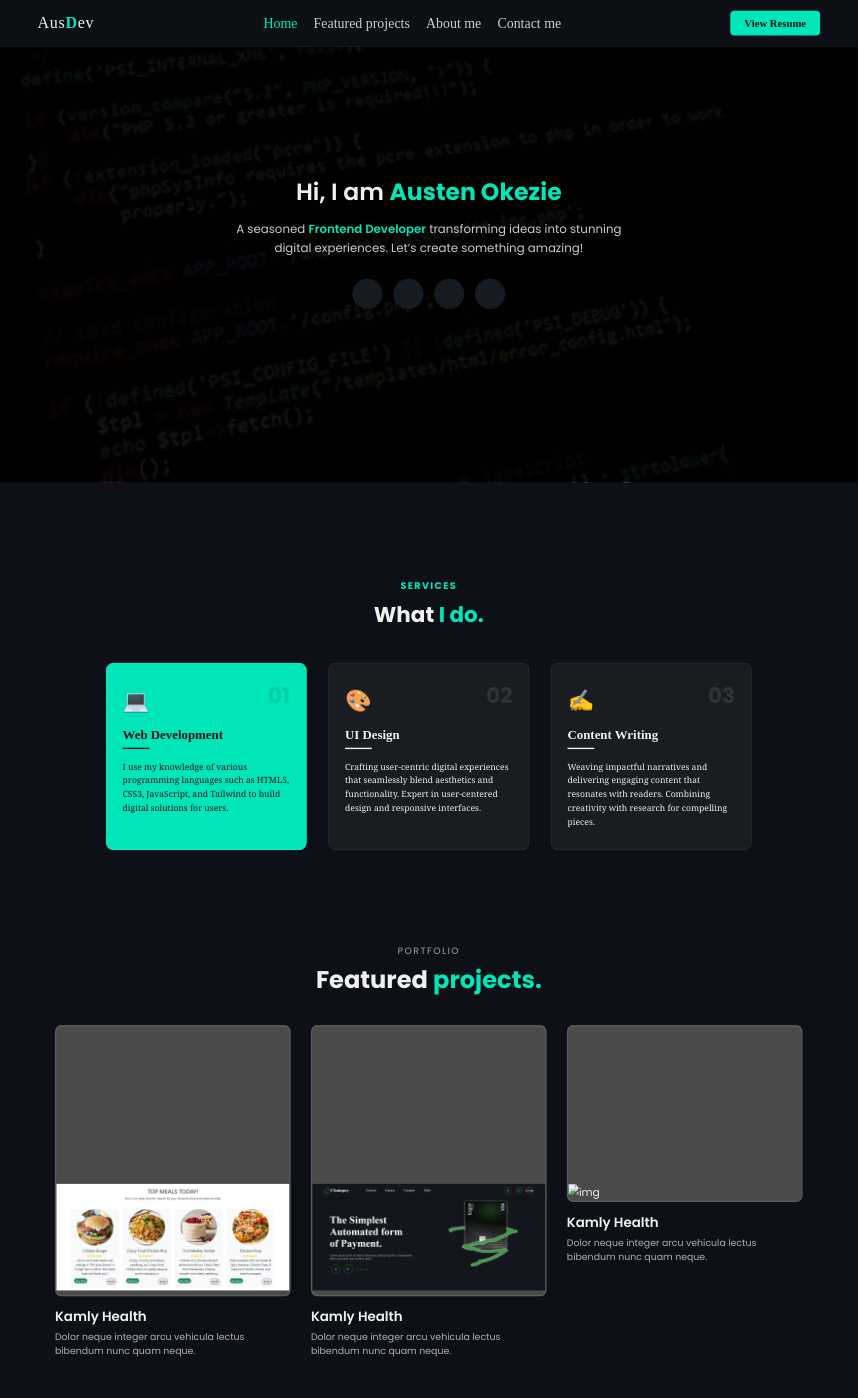
Repository: Austinokezie/Myportfolio
Page: index.html
These files come from the project's save history. The page is drawn as it stood at one moment and after the next save; the edit follows.
The browser window is 1280 px wide. The pictures show the whole page, at 67% of full size.
Some web fonts or font styles are not loaded; a fallback is used.

Above is the page before, as saved 2025-10-14 14:51:43.

After the next save:
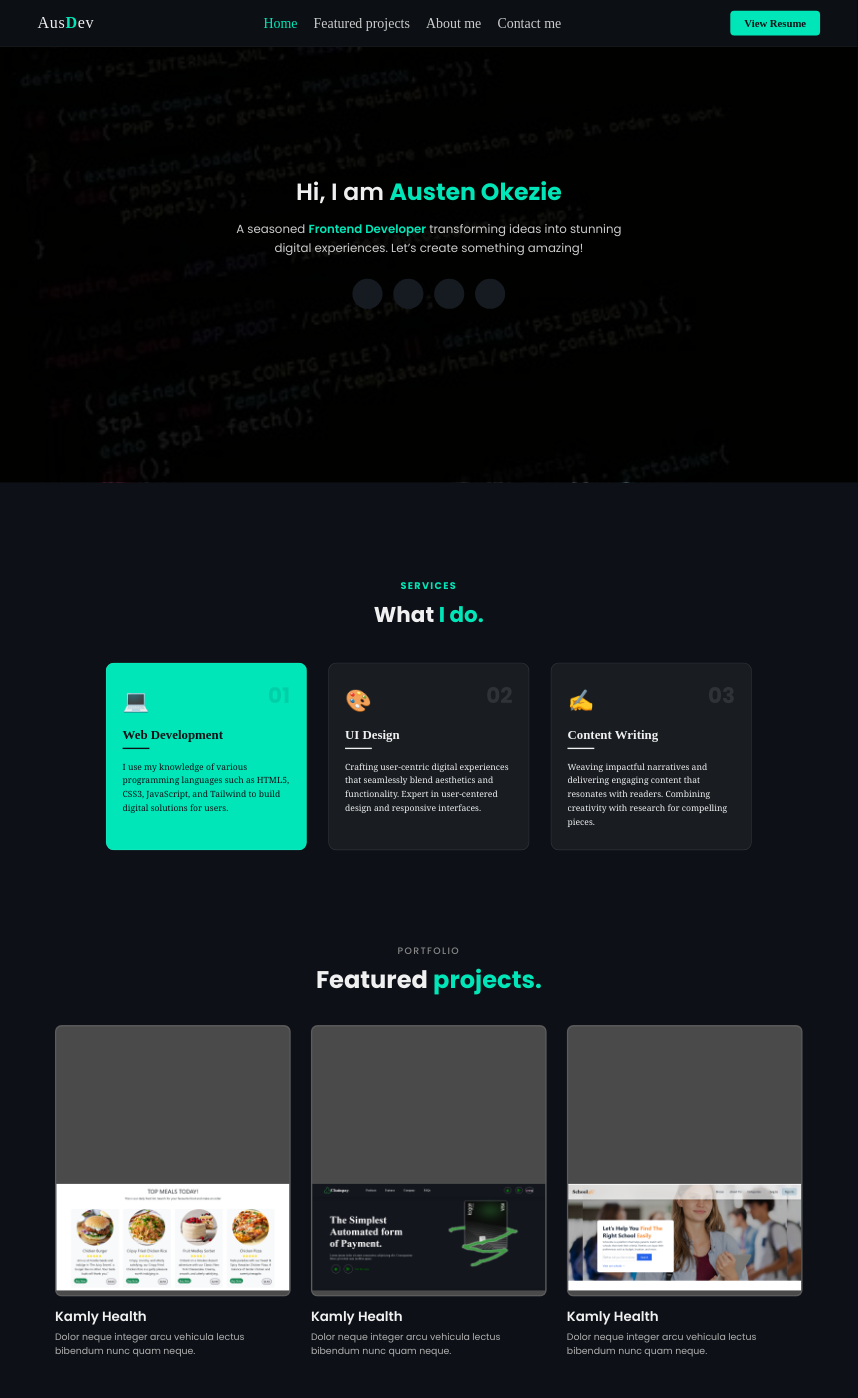
Saved 7 min 27 s later.
--- a/index.html
+++ b/index.html
@@ -99,7 +99,7 @@
 
                <div class="project-card">
                    <div class="project-image-placeholder">
-                     <img src="" alt="img">
+                     <img src="./Asset/Edtech.png" alt="img">
                    </div>
                    <h3 class="project-name">Kamly Health</h3>
                    <p class="project-description">Dolor neque integer arcu vehicula lectus bibendum nunc quam neque.</p>
